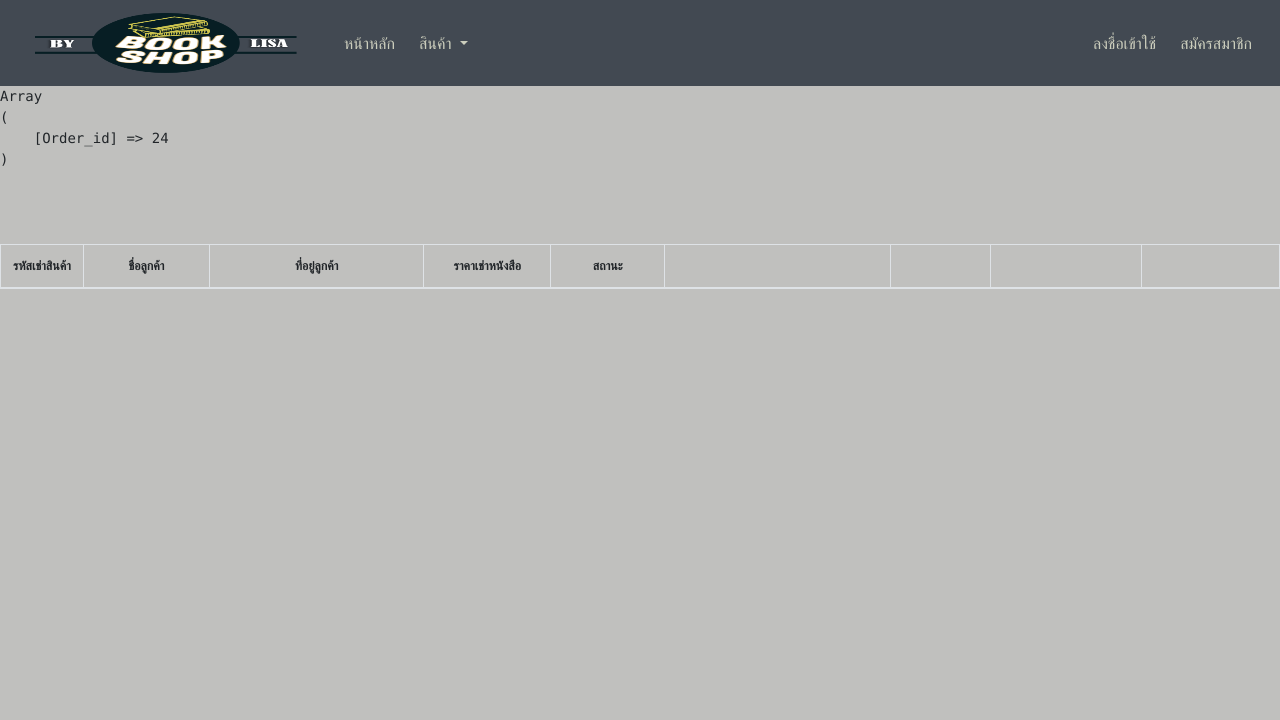
Repository: peawza/shopbook
Page: http://localhost/returnproduct.php?Order_id=24
The author's editor kept a copy of each file at every save. The page is drawn from the files as they stood at one save, then again after the next save.
The browser window is 1280 px wide. The pictures show the whole page.
The page is run by PHP 8.4 with error messages shown; the project is at /var/www/html/. The database holds what the project's SQL file puts in it.

Above is the page before, as saved 2020-10-01 09:57:30.

After the next save:
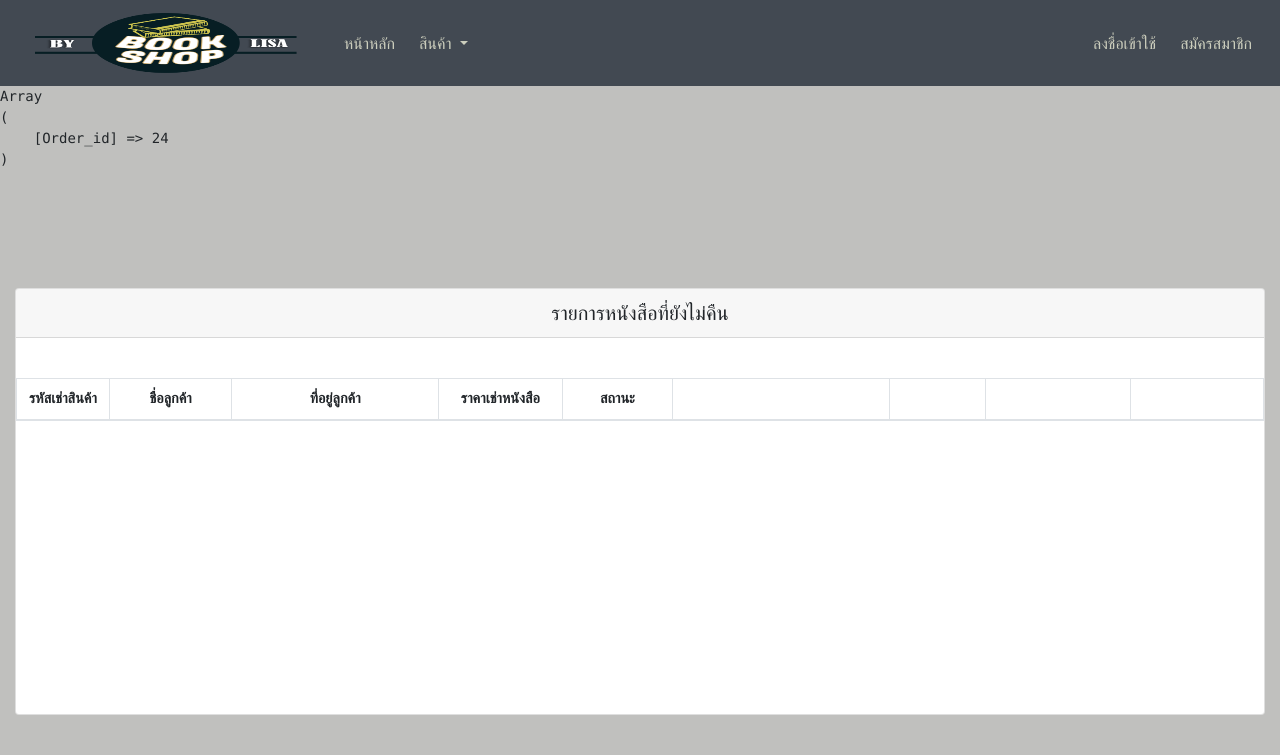
Saved 27 s later.
--- a/returnproduct.php
+++ b/returnproduct.php
@@ -22,44 +22,49 @@
 </head>
 
 <body>
-    <table class="table table-bordered table-responsive-sm">
-        <thead>
-            <tr>
-                <th width="5%" class="text-center">รหัสเช่าสินค้า</th>
-                <th width="10%" class="text-center">ชื่อลูกค้า</th>
-                <th width="17%" class="text-center">ที่อยู่ลูกค้า</th>
-                <th width="10%" class="text-center">ราคาเช่าหนังสือ</th>
-                <th width="9%" class="text-center">สถานะ</th>
-                <th width="18%" class="text-center"></th>
-                <th width="8%" class="text-center"></th>
-                <th width="12%" class="text-center"></th>
-                <th width="12%" class="text-center"></th>
+    <div class="container-fluid py-2">
+        <div class="card ">
+            <h5 class="card-header text-center">รายการหนังสือที่ยังไม่คืน</h5>
 
-            </tr>
-        </thead>
-        <tbody>
-            <?php
-            if (isset($_GET['Order_id'])) {
-                $orderid = $_GET['Order_id'];
-                $selectproduct = "SELECT * FROM `orders`,`user`,`orderrent` WHERE `user`.`User_ID`=`orders`.`User_ID`AND`orders`.`orders_id`= `orderrent`.`orderrent_id`AND `orderrent`.`orderrent_id`= '" . $orderid . "'";
-                $resulproduct = mysqli_query($conn, $selectproduct);
-                while ($rowproduct = mysqli_fetch_array($resulproduct)) {
-                    //echo '<pre>';
-                    //print_r($rowproduct);
+            <div class="py-2">
+                <table class="table table-bordered table-responsive-sm">
+                    <thead>
+                        <tr>
+                            <th width="5%" class="text-center">รหัสเช่าสินค้า</th>
+                            <th width="10%" class="text-center">ชื่อลูกค้า</th>
+                            <th width="17%" class="text-center">ที่อยู่ลูกค้า</th>
+                            <th width="10%" class="text-center">ราคาเช่าหนังสือ</th>
+                            <th width="9%" class="text-center">สถานะ</th>
+                            <th width="18%" class="text-center"></th>
+                            <th width="8%" class="text-center"></th>
+                            <th width="12%" class="text-center"></th>
+                            <th width="12%" class="text-center"></th>
 
-                    //echo '<pre>';
-                }
-            } else {
+                        </tr>
+                    </thead>
+                    <tbody>
+                        <?php
+                        if (isset($_GET['Order_id'])) {
+                            $orderid = $_GET['Order_id'];
+                            $selectproduct = "SELECT * FROM `orders`,`user`,`orderrent` WHERE `user`.`User_ID`=`orders`.`User_ID`AND`orders`.`orders_id`= `orderrent`.`orderrent_id`AND `orderrent`.`orderrent_id`= '" . $orderid . "'";
+                            $resulproduct = mysqli_query($conn, $selectproduct);
+                            while ($rowproduct = mysqli_fetch_array($resulproduct)) {
+                                //echo '<pre>';
+                                //print_r($rowproduct);
+
+                                //echo '<pre>';
+                            }
+                        } else {
 
 
-                echo 'null';
-            }
+                            echo 'null';
+                        }
 
 
-            ?>
-        </tbody>
-        </thead>
-    </table>
+                        ?>
+                    </tbody>
+                    </thead>
+                </table>
 
 
 
